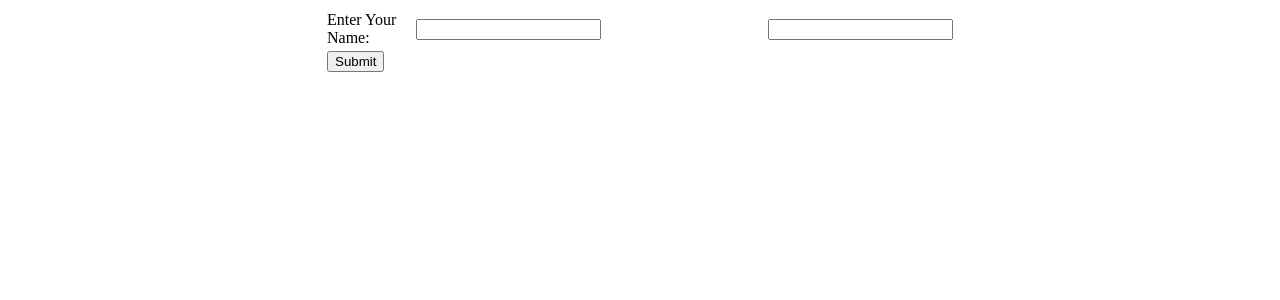
Repository: mayankk2202/Phase-2
Page: DemoServlet/src/main/webapp/Form.html
These files come from the project's save history. The page is drawn as it stood at one moment and after the next save; the edit follows.
The browser window is 1280 px wide. The pictures show the whole page.

Above is the page before, as saved 2021-06-27 12:50:32.

### DemoServlet/src/main/webapp/Form.html
<!DOCTYPE html>
<html>
<head>
<meta charset="ISO-8859-1">
<title>Form</title>
</head>
<body>
<center>
<form name=frmName method="POST" action="process">
<table width="50%" border="0" >
<tr vallign="top">
<td width="20%">Enter Your Name: </td>
<td><input firstname="fname" id="fname" maxlength=100></td>
<td><input lastname="lname" id="lname" maxlength=100></td>
<tr valign="top">
<td colspan = 2 width = "100%">
<button>Submit</button></td>
</tr>
</table>
</form>
</center>
</body>
</html>

After the next save:
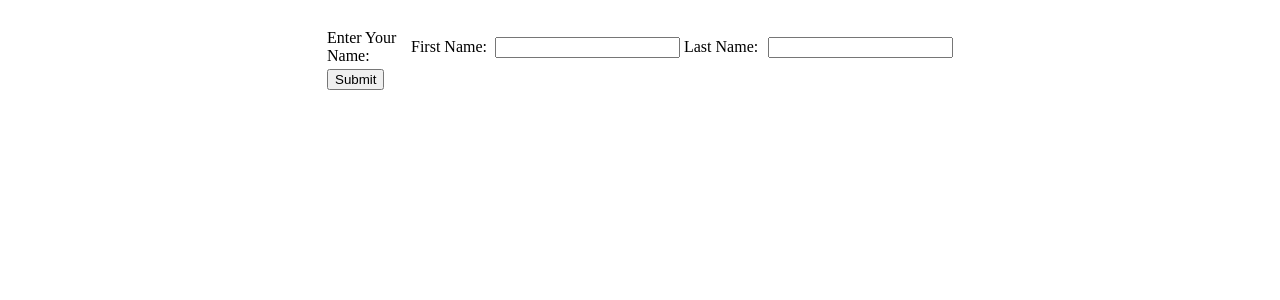
Saved 76 s later.
--- a/DemoServlet/src/main/webapp/Form.html
+++ b/DemoServlet/src/main/webapp/Form.html
@@ -10,7 +10,10 @@
 <table width="50%" border="0" >
 <tr vallign="top">
 <td width="20%">Enter Your Name: </td>
+<br>
+<td width="20%">First Name: </td>
 <td><input firstname="fname" id="fname" maxlength=100></td>
+<td width="20%">Last Name: </td>
 <td><input lastname="lname" id="lname" maxlength=100></td>
 <tr valign="top">
 <td colspan = 2 width = "100%">
